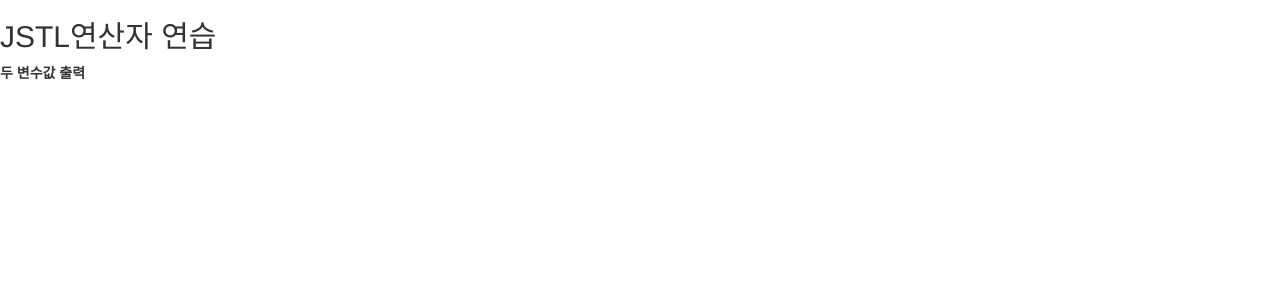
Repository: jungbee2/jungproject
Page: http://localhost/JstlProject/day0330/ex1_jstl.jsp
An editor plug-in stored every save of this project. The page is shown before and after the next save, followed by the edit.
The browser window is 1280 px wide. The pictures show the whole page.
Some web fonts or font styles are not loaded; a fallback is used. The page is served by Tomcat 9. Other server files are loaded and not shown.

Above is the page before, as saved 2023-03-30 01:13:44.

### JstlProject/src/main/webapp/day0330/ex1_jstl.jsp
<%@ page language="java" contentType="text/html; charset=utf-8"
	pageEncoding="utf-8"%>
<%@ taglib uri="http://java.sun.com/jsp/jstl/core" prefix="c" %>
<%@ taglib uri="http://java.sun.com/jsp/jstl/fmt" prefix="fmt"%>
<!DOCTYPE html>
<html>
<head>
<meta charset="utf-8">
<title>Insert title here</title>

<link
	href="https://fonts.googleapis.com/css2?family=Anton&family=Edu+VIC+WA+NT+Beginner:wght@600&family=Gamja+Flower&family=Single+Day&family=Jua&family=Nanum+Pen+Script&display=swap"
	rel="stylesheet">
<link rel="stylesheet"
	href="https://maxcdn.bootstrapcdn.com/bootstrap/3.4.1/css/bootstrap.min.css">
<script src="https://code.jquery.com/jquery-3.6.3.js"></script>

</head>

<body>
<h2>JSTL연산자 연습</h2>

<!-- 변수선언 -->
<c:set var="su1" value="7"></c:set>
<c:set var="su2" value="4"></c:set>

<b>두 변수값 출력</b>
</body>
</html>

After the next save:
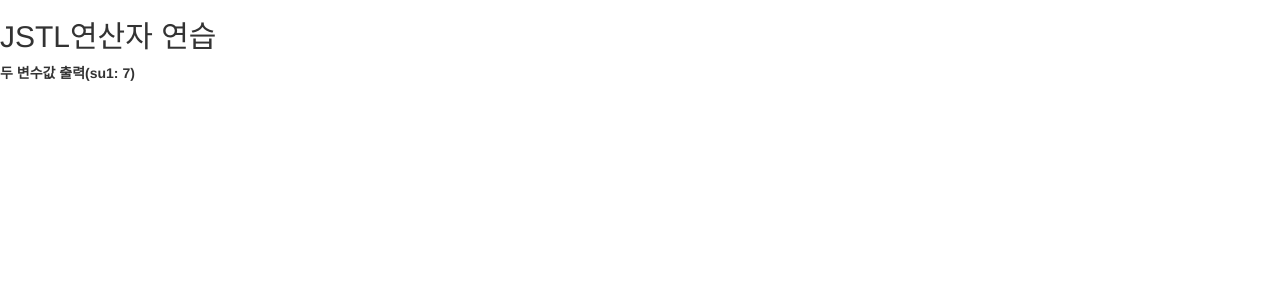
Saved 20 s later.
--- a/JstlProject/src/main/webapp/day0330/ex1_jstl.jsp
+++ b/JstlProject/src/main/webapp/day0330/ex1_jstl.jsp
@@ -24,6 +24,6 @@
 <c:set var="su1" value="7"></c:set>
 <c:set var="su2" value="4"></c:set>
 
-<b>두 변수값 출력</b>
+<b>두 변수값 출력(su1: ${su1})</b>
 </body>
 </html>
